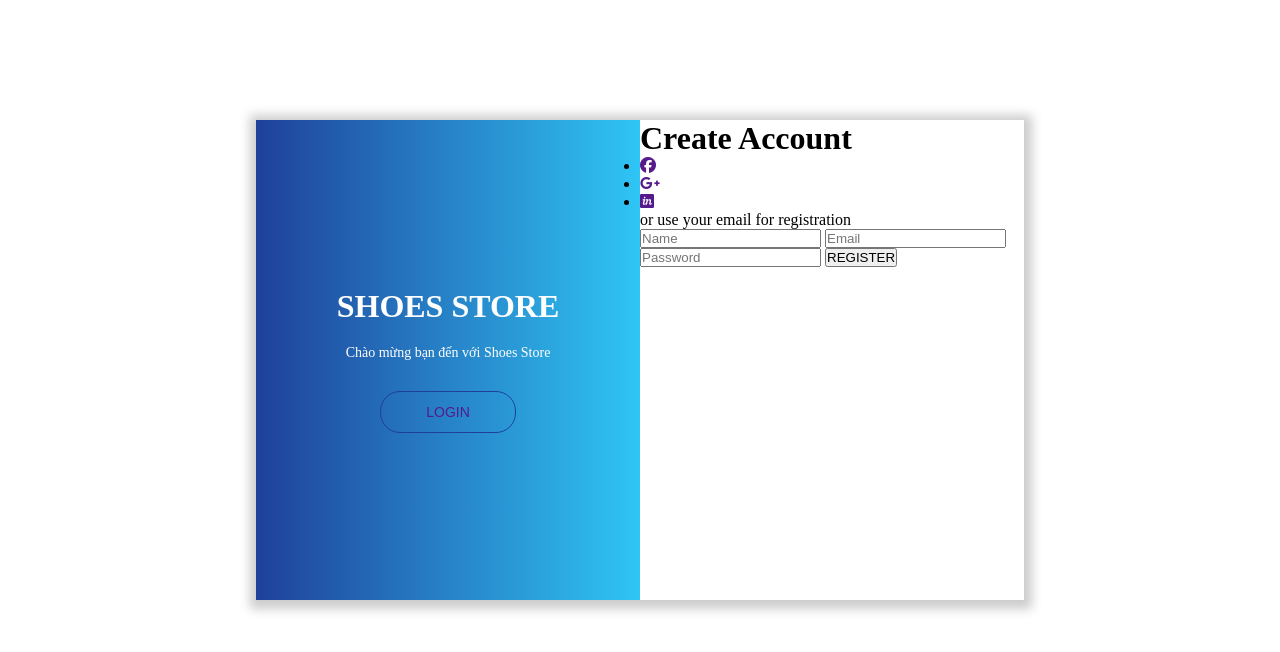
Repository: levananh202ht/Shoes-Store
Page: FondEnd/Styles/Register.html
An editor plug-in stored every save of this project. The page is shown before and after the next save, followed by the edit.
The browser window is 1280 px wide. The pictures show the whole page.

Above is the page before, as saved 2023-12-23 03:51:49.

After the next save:
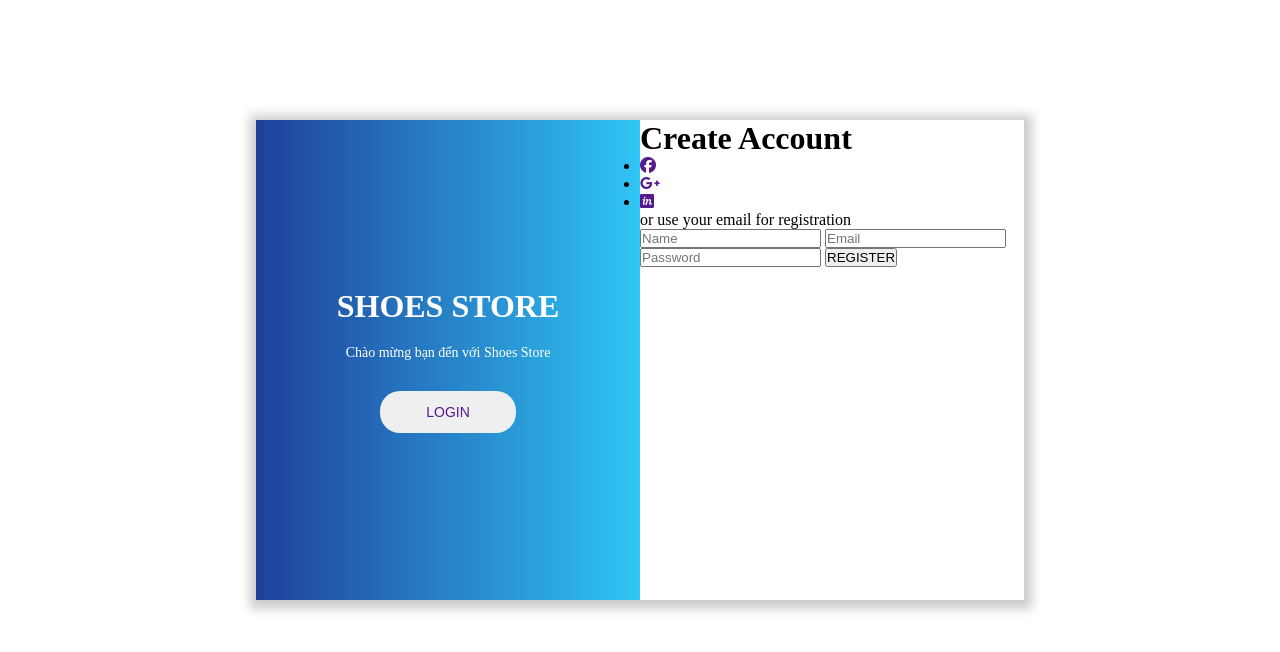
Saved 91 s later.
--- a/FondEnd/Styles/Register.css
+++ b/FondEnd/Styles/Register.css
@@ -37,11 +37,11 @@ body{
     border-radius: 20px;
     border: 1px solid #1f409a;
     padding: 12px 45px;
-    background-color: transparent;
+    border-color: transparent;
 }
 .container .container_title button:hover{
     background-color: #1f409a;
-    background-color: transparent;
+    border-color: transparent;
 }
 .container .container_title button a {
     font-size: 14px;
